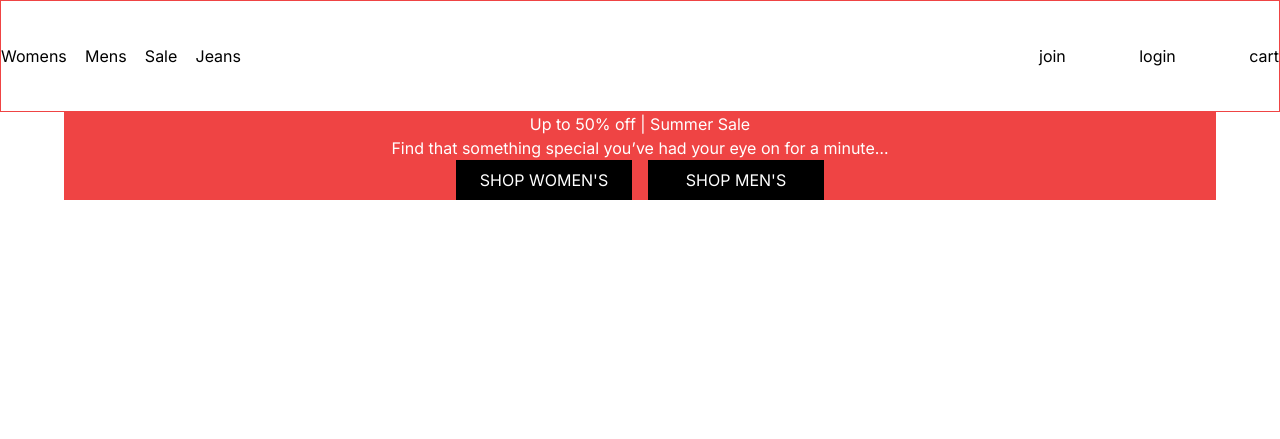
Repository: harrywebb21/stil-clothing
Page: /
The author's editor kept a copy of each file at every save. The page is drawn from the files as they stood at one save, then again after the next save.
The browser window is 1280 px wide. The pictures show the whole page.
The project was rebuilt for these pictures with package versions that can differ from the ones it lists, and the page was loaded fresh each time. The framework's server and built-in components were replaced by stand-ins that run in the browser. Also part of the build but not shown: next.config.js.

Above is the page before, as saved 2023-06-08 16:09:03.

### src/app/page.js
"use client";
import Image from "next/image";
import Navbar from "./components/Navbar";
import SaleBox from "./components/SaleBox";

export default function Home() {
  return (
    <div>
      <Navbar />
      <div className="flex justify-center items-center px-16">
        <SaleBox />
      </div>
    </div>
  );
}

### src/app/components/Navbar.js
export default function Navbar() {
  return (
    <div className=" border border-red-500 h-28 flex justify-between items-center sticky t-0 l-0 w-screen">
      <ul className=" flex justify-between w-60">
        <li>
          <a href="/womens">Womens</a>
        </li>
        <li>
          <a href="/mens">Mens</a>
        </li>
        <li>
          <a href="/sale">Sale</a>
        </li>
        <li>
          <a href="/jeans">Jeans</a>
        </li>
      </ul>

      <ul className="flex justify-between w-60">
        <li>
          <a href="/join">join</a>
        </li>
        <li>
          <a href="/login">login</a>
        </li>
        <li>
          <a href="/cart">cart</a>
        </li>
      </ul>
    </div>
  );
}

### src/app/components/SaleBox.js
export default function SaleBox() {
  return (
    <div className="flex flex-col justify-center items-center h-68 bg-red-500 text-white w-screen m">
      <h1> Up to 50% off | Summer Sale</h1>
      <p>Find that something special you’ve had your eye on for a minute…</p>
      <div className="gap-4 flex">
        <button className="bg-black text-white px-4 py-2 text-center  w-44">
          SHOP WOMEN'S
        </button>
        <button className="bg-black text-white px-4 py-2  text-center w-44">
          SHOP MEN'S
        </button>
      </div>
    </div>
  );
}

Loaded but not shown: src/app/layout.js (common file); src/app/globals.css (common file); tailwind.config.js (common file)

After the next save:
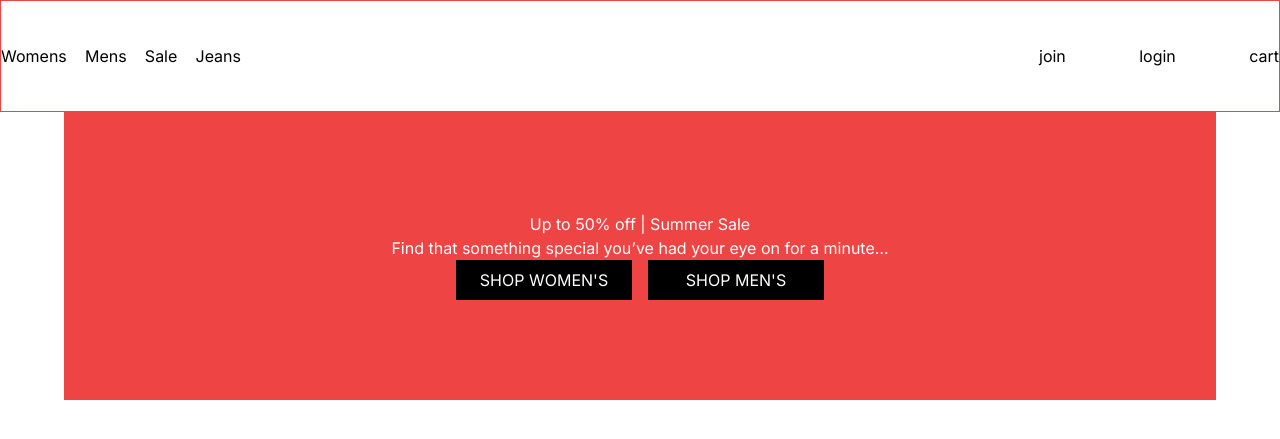
Saved 10 s later.
--- a/src/app/components/SaleBox.js
+++ b/src/app/components/SaleBox.js
@@ -1,6 +1,6 @@
 export default function SaleBox() {
   return (
-    <div className="flex flex-col justify-center items-center h-68 bg-red-500 text-white w-screen m">
+    <div className="flex flex-col justify-center items-center h-72 bg-red-500 text-white w-screen m">
       <h1> Up to 50% off | Summer Sale</h1>
       <p>Find that something special you’ve had your eye on for a minute…</p>
       <div className="gap-4 flex">
